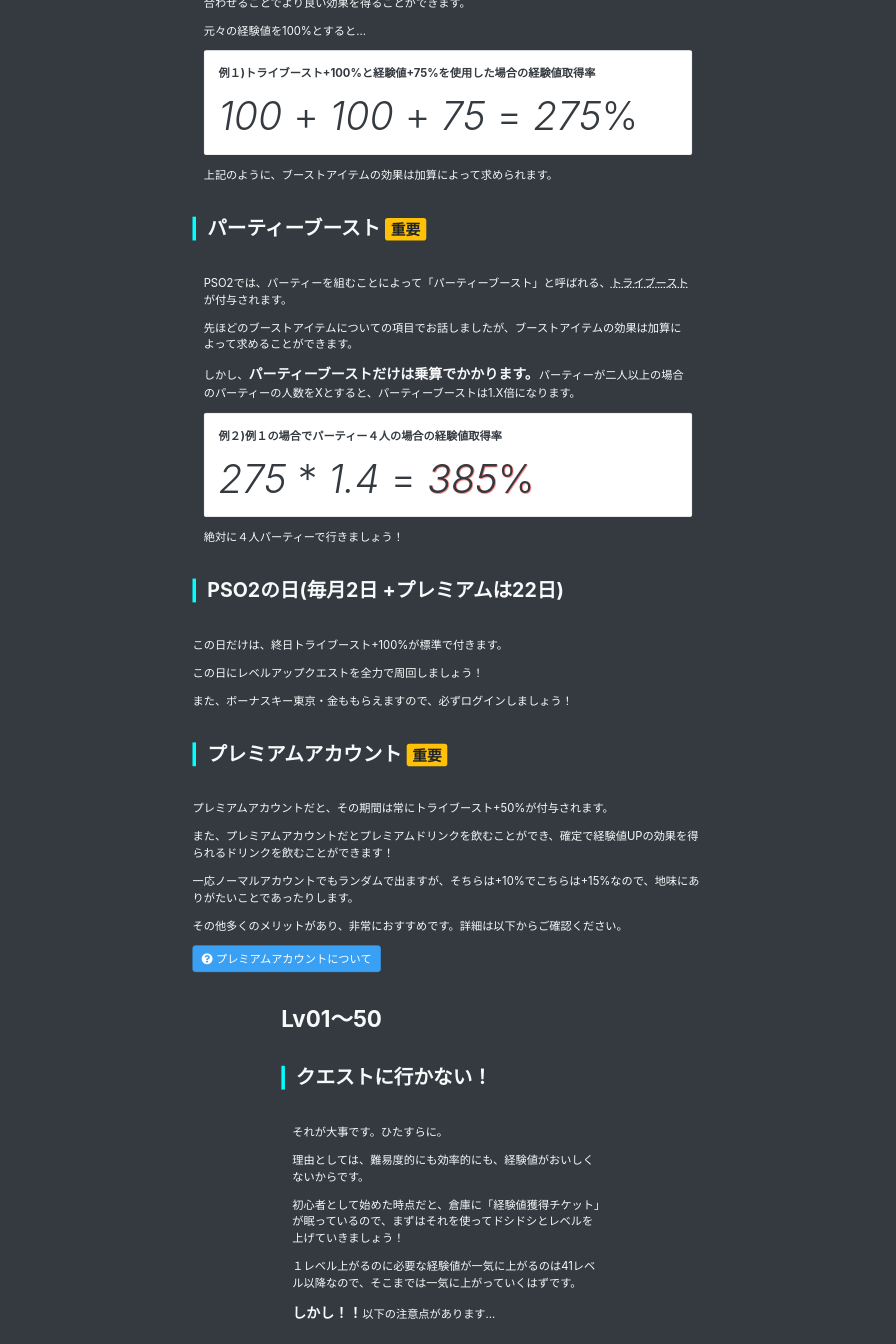
Repository: milkyahonpo/Website_source
Page: docs/capture.html
An editor plug-in stored every save of this project. The page is shown before and after the next save, followed by the edit.
The browser window is 1280 px wide. The pictures show the part of the page from y = 4271 to 6191 px (the page is 11156 px tall), at 70% of full size.
Some web libraries are served in a nearby version.

Above is the page before, as saved 2020-02-03 09:44:29.

### docs/capture.html
<!DOCTYPE html>
<html lang="ja">
  <head>
    <!-- Required meta tags -->
    <meta charset="utf-8">
    <meta name="viewport" content="width=device-width, initial-scale=1, shrink-to-fit=no">
    <!-- Bootstrap CSS -->
    <link rel="stylesheet" href="https://stackpath.bootstrapcdn.com/bootstrap/4.3.1/css/bootstrap.min.css" integrity="sha384-ggOyR0iXCbMQv3Xipma34MD+dH/1fQ784/j6cY/iJTQUOhcWr7x9JvoRxT2MZw1T" crossorigin="anonymous">
    <!-- My CSS -->
    <link rel="stylesheet" href="css/capture.css">
    <!-- favicon -->
    <link rel="shortcut icon" href="img/favicon.ico">
    <!-- Font Awesome -->
    <link href="https://use.fontawesome.com/releases/v5.6.1/css/all.css" rel="stylesheet">
    <!-- Google Fonts -->
    <link href="https://fonts.googleapis.com/css?family=Titillium+Web&display=swap" rel="stylesheet">

    <title>みるく屋本舗 - 攻略本 -</title>
  </head>

  <body>
  <!-- Navigation -->
  <nav class="navbar navbar-expand-lg navbar-light fixed-top py-3" id="mainNav">
    <div class="container">
      <a class="navbar-brand" href="index.html">
        <img src="./img/logo.png" width="50" height="50" alt="">
        <b>みるく屋本舗</b>
      </a>
      <button class="navbar-toggler navbar-togglar-right" type="button" data-toggle="collapse" data-target="#navbarResponsive" aria-controls="navbarResponsive" aria-expanded="false" aria-label="Toggle navigation">
        <span class="navbar-toggler-icon"></span>
      </button>
      <div class="collapse navbar-collapse" id="navbarResponsive">
        <ul class="navbar-nav ml-auto my-2 my-lg-0">
          <li class="nav-item">
            <a class="nav-link js-scroll-trigger" href="#basic">基礎知識</a>
          </li>
          <li class="nav-item">
            <a class="nav-link js-scroll-trigger" href="#lv1-50">Lv01～Lv50</a>
          </li>
          <li class="nav-item">
            <a class="nav-link js-scroll-trigger" href="#lv51-75">Lv51～Lv75</a>
          </li>
          <li class="nav-item">
            <a class="nav-link js-scroll-trigger" href="#lv76-80">Lv76～Lv80</a>
          </li>
          <li class="nav-item">
            <a class="nav-link js-scroll-trigger" href="#lv81-90">Lv81～Lv90</a>
          </li>
        </ul>
      </div>
    </div>
  </nav>
  <!-- About Section -->
  <section class="page-section h-100 bg-dark text-light">
    <div class="container h-100">
      <div class="row h-100 justify-content-center align-items-center">
        <div class="col-lg-8">
          <h2 class="display-1 mt-0 font-weight-bold text-center"><span style="color: cyan;">攻</span>略本</h2>
          <hr class="divider my-4">
          <p class="lead text-center">チムメンに役立つ育成情報を掲載します！</p>
          <p class="text-center"><small>最終更新 : 2020/01/23</small></p>
        </div>
      </div>
    </div>
  </section>

  <div class="page-section bg-dark text-light">
    <div class="container">
      <div class="row py-5 justify-content-center" id="basic">
        <div class="col-md-8">
          <h2 class="font-weight-bold">基礎知識</h2>
          <h3 class="my-5 pl-3"><strong class="font-weight-bold">メインクラスとサブクラス</strong></h3>
          <div class="px-3">
            <div>
              PSO2には「メインクラス」と「サブクラス」があります。
              <ul>
                <li>「メインクラス」装備できる武器に影響するクラス</li>
                <li>「サブクラス」一部のスキルとステータスの影響を受けるクラス<br>
              </ul>
              以下にクラス一覧と、その装備できる武器について示します。
            </div>
            <p class="alert alert-info">ガンスラッシュはどのクラスでも使用することができます。</p>
            <h4>通常クラス</h4>
            <table class="table table-striped table-hover my-3 table-dark">
              <tr><th>アイコン</th><th>クラス名</th><th>略称</th><th>装備できる武器</th></tr>
              <tr><td><img class="img-thumbnail" src="img/Hu.png"　style="display: inline-block" width="50px" height="auto"></td><td><a href="https://pso2.swiki.jp/index.php?%E3%83%8F%E3%83%B3%E3%82%BF%E3%83%BC">ハンター</a></td><td>Hu</td><td><ul><li>ソード</li><li>ワイヤードランス</li><li>パルチザン</li></ul></td></tr>
              <tr><td><img class="img-thumbnail" src="img/Fi.png"　style="display: inline-block" width="50px" height="auto"></td><td><a href="https://pso2.swiki.jp/index.php?%E3%83%95%E3%82%A1%E3%82%A4%E3%82%BF%E3%83%BC">ファイター</a></td><td>Fi</td><td><ul><li>ツインダガー</li><li>ダブルセイバー</li><li>ナックル</li></ul></td></tr>
              <tr><td><img class="img-thumbnail" src="img/Ra.png"　style="display: inline-block" width="50px" height="auto"></td><td><a href="https://pso2.swiki.jp/index.php?%E3%83%AC%E3%83%B3%E3%82%B8%E3%83%A3%E3%83%BC">レンジャー</a></td><td>Ra</td><td><ul><li>ランチャー</li><li>アサルトライフル</li></ul></td></tr>
              <tr><td><img class="img-thumbnail" src="img/Gu.png"　style="display: inline-block" width="50px" height="auto"></td><td><a href="https://pso2.swiki.jp/index.php?%E3%82%AC%E3%83%B3%E3%83%8A%E3%83%BC">ガンナー</a></td><td>Gu</td><td><ul><li>ツインマシンガン</li><li>アサルトライフル</li></ul></td></tr>
              <tr><td><img class="img-thumbnail" src="img/Fo.png"　style="display: inline-block" width="50px" height="auto"></td><td><a href="https://pso2.swiki.jp/index.php?%E3%83%95%E3%82%A9%E3%83%BC%E3%82%B9">フォース</a></td><td>Fo</td><td><ul><li>ロッド</li><li>タリス</li></ul></td></tr>
              <tr><td><img class="img-thumbnail" src="img/Te.png"　style="display: inline-block" width="50px" height="auto"></td><td><a href="https://pso2.swiki.jp/index.php?%E3%83%86%E3%82%AF%E3%82%BF%E3%83%BC">テクター</a></td><td>Te</td><td><ul><li>ウォンド</li><li>タリス</li></ul></td></tr>
              <tr><td><img class="img-thumbnail" src="img/Br.png"　style="display: inline-block" width="50px" height="auto"></td><td><a href="https://pso2.swiki.jp/index.php?%E3%83%96%E3%83%AC%E3%82%A4%E3%83%90%E3%83%BC">ブレイバー</a></td><td>Br</td><td><ul><li>カタナ</li><li>バレットボウ</li></ul></td></tr>
              <tr><td><img class="img-thumbnail" src="img/Bo.png"　style="display: inline-block" width="50px" height="auto"></td><td><a href="https://pso2.swiki.jp/index.php?%E3%83%90%E3%82%A6%E3%83%B3%E3%82%B5%E3%83%BC">バウンサー</a></td><td>Bo</td><td><ul><li>ジェットブーツ</li><li>デュアルブレード</li></ul></td></tr>
              <tr><td><img class="img-thumbnail" src="img/Su.png"　style="display: inline-block" width="50px" height="auto"></td><td><a href="https://pso2.swiki.jp/index.php?%E3%82%B5%E3%83%A2%E3%83%8A%E3%83%BC">サモナー</a></td><td>Su</td><td><ul><li>タクト</li></ul></td></tr >
            </table>
            <div class="my-5">
              <p>これらの通常クラスのいずれか２つをレベル75にすることで選択可能になる<strong class="lead font-weight-bold">「後継クラス」</strong>というものがあります。</p>
              <p>後継クラスは現状で３つあり、ファントムとエトワールはサブクラスとしてセットすることができますが、メインクラスとして使う場合、<strong class="lead font-weight-bold">全てサブクラスをセットすることができません。</strong>その代わりに、各クラス特徴のある強力なクラススキルを有しており、非常に優秀なクラスとなっています。</p>
            </div>
            <h4>後継クラス</h4>
            <table class="table table-striped table-hover my-3 table-dark">
              <tr><th>アイコン</th><th>クラス名</th><th>略称</th><th>装備できる武器</th></tr>
              <tr><td><img class="img-thumbnail" src="img/Hr.png"　style="display: inline-block" width="50px" height="auto"></td class="align-items-center"><td><a href="https://pso2.swiki.jp/index.php?%E3%83%92%E3%83%BC%E3%83%AD%E3%83%BC">ヒーロー</a></td><td>Hr</td><td><ul><li>ソード</li><li>ツインマシンガン</li><li>タリス</li></ul></td></tr>
              <tr><td><img class="img-thumbnail" src="img/Ph.png"　style="display: inline-block" width="50px" height="auto"></td><td><a href="https://pso2.swiki.jp/index.php?%E3%83%95%E3%82%A1%E3%83%B3%E3%83%88%E3%83%A0">ファントム</a></td><td>Ph</td><td><ul><li>カタナ</li><li>アサルトライフル</li><li>ロッド</li></td></tr>
              <tr><td><img class="img-thumbnail" src="img/Et.png"　style="display: inline-block" width="50px" height="auto"></td><td><a href="https://pso2.swiki.jp/index.php?%E3%82%A8%E3%83%88%E3%83%AF%E3%83%BC%E3%83%AB">エトワール</a></td><td>Et</td><td><ul><li>ダブルセイバー</li><li>デュアルブレード</li><li>ウォンド</li></td></tr>
            </table>
            <p>「メインクラス」は、当然ですが入手した経験値の100%が加算されます。</p>
            <p>「サブクラス」も、セットしておくだけでサブクラスがレベル70までは<strong class="lead font-weight-bold">メインクラスが獲得した経験値の25%</strong>が加算されます。</p>
            <p>そのため、必ずサブクラスをつけておきましょう。</p>
          </div>
          <h3 class="my-5 pl-3"><strong class="font-weight-bold"><abbr title="特殊能力(DL先のファイルに詳細)">OP</abbr>・<abbr title="S級特殊能力(DL先のファイルに詳細)">SOP</abbr>付け</strong></h3>
          <div class="px-3">
            <p>PSO2の武器や<abbr title="防具のこと">ユニット</abbr>には、OPと呼ばれる特殊能力を付与することができます。</p>
            <p>これを付けていないとどれだけ頑張っても火力が出なかったり、伸び悩んでしまう原因になります。</p>
            <p>最初のうちに理解するのは難しい要素でもあるのですが、以下のファイルにOPの付け方をまとめてあるので、ダウンロードして必ず理解するようにしましょう！！</p>
            <div class="movie-box">
              <iframe width="560" height="315" src="https://www.youtube-nocookie.com/embed/dSWcW5Sa8bw" frameborder="0" allow="accelerometer; autoplay; encrypted-media; gyroscope; picture-in-picture" allowfullscreen></iframe>
            </div>
          </div>
          <h3 class="my-5 pl-3"><strong class="font-weight-bold"><abbr title="特殊能力(DL先のファイルに詳細)">OP</abbr>・<abbr title="S級特殊能力(DL先のファイルに詳細)">SOP</abbr>付け</strong></h3>
          <div class="px-3">
            <p>PSO2の武器や<abbr title="防具のこと">ユニット</abbr>には、OPと呼ばれる特殊能力を付与することができます。</p>
            <p>これを付けていないとどれだけ頑張っても火力が出なかったり、伸び悩んでしまう原因になります。</p>
            <p>最初のうちに理解するのは難しい要素でもあるのですが、以下のファイルにOPの付け方をまとめてあるので、ダウンロードして必ず理解するようにしましょう！！</p>
            <a class="text-decoration-none" href="./document/PSO2 OP付け覚書.pdf" download="PSO2 OP付け覚書.pdf">
              <button class="btn btn-primary">
                <span class="text-decoration-none"><i class="fas fa-download"></i><b class="px-1">PSO2 OP付け覚書.pdf</b></span>
              </button>
            </a>
          </div>
          <h3 class="my-5 pl-3"><strong class="font-weight-bold">ブーストアイテム</strong></h3>
          <div class="px-3">
            <p>PSO2には、経験値やメセタやレアドロの確率を一時的に上昇させる、トライブーストをはじめとした「ブーストアイテム」が多種類存在します。</p>
            <p>経験値を稼ぐためには、ブーストを使用したほうが有利ですので、必ず使用してクエストに行くことを忘れないようにしましょう。</p>
            <p>同じ名前のブーストアイテムを使用しても効果は多くならないので、違う名前のブーストを組み合わせることでより良い効果を得ることができます。</p>
            <p>元々の経験値を100%とすると...</p>
            <div class="card mb-3 text-dark">
              <div class="card-body">
              <p><b>例１)トライブースト+100%と経験値+75%を使用した場合の経験値取得率</b></p>
              <strong class="my-1 display-4"><var>100</var> + <var>100</var> + <var>75</var> = <var>275</var>%</strong>
              </div>
            </div>
            <p>上記のように、ブーストアイテムの効果は加算によって求められます。</p>
          </div>
          <h3 class="my-5 pl-3"><strong class="font-weight-bold">パーティーブースト </strong><span class="badge badge-warning">重要</span></h3>
          <div class="px-3">
            <p>PSO2では、パーティーを組むことによって「パーティーブースト」と呼ばれる、<abbr title="略称「トラブ」 メセタ、レアドロ、経験値獲得量UP">トライブースト</abbr>が付与されます。</p>
            <p>先ほどのブーストアイテムについての項目でお話しましたが、ブーストアイテムの効果は加算によって求めることができます。</p>
            <p>しかし、<strong class="lead font-weight-bold">パーティーブーストだけは乗算でかかります。</strong>パーティーが二人以上の場合のパーティーの人数をXとすると、パーティーブーストは1.X倍になります。</p>
            <div class="card mb-3 text-dark">
              <div class="card-body">
              <p><b>例２)例１の場合でパーティー４人の場合の経験値取得率</b></p>
              <strong class="my-1 display-4"><var>275</var> * <var>1.4</var> = <span class="enh"><var>385</var>%</span></strong><br>
              </div>
            </div>
            <p>絶対に４人パーティーで行きましょう！</p>
          </div>
          <h3 class="my-5 pl-3"><strong class="font-weight-bold">PSO2の日(毎月2日 +プレミアムは22日)</strong></h3>
          <p>この日だけは、終日トライブースト+100%が標準で付きます。</p>
          <p>この日にレベルアップクエストを全力で周回しましょう！</p>
          <p>また、ボーナスキー東京・金ももらえますので、必ずログインしましょう！</p>

          <h3 class="my-5 pl-3"><strong class="font-weight-bold">プレミアムアカウント </strong><span class="badge badge-warning">重要</span></h3>
          <p>プレミアムアカウントだと、その期間は常にトライブースト+50%が付与されます。</p>
          <p>また、プレミアムアカウントだとプレミアムドリンクを飲むことができ、確定で経験値UPの効果を得られるドリンクを飲むことができます！</p>
          <p>一応ノーマルアカウントでもランダムで出ますが、そちらは+10%でこちらは+15%なので、地味にありがたいことであったりします。</p>
          <p>その他多くのメリットがあり、非常におすすめです。詳細は以下からご確認ください。</p>
          <a href="http://pso2.jp/players/manual/preparations/ac/#sys-manual-513"><button class="btn btn-primary"><i class="fas fa-question-circle"></i> プレミアムアカウントについて</button></a>
        </_div>
      <//div>
      <div class="row py-5 justify-content-center" id="lv1-50">
        <div class="col-lg-8">
          <h2><b>Lv01～50</b></h2>
          <h3 class="my-5 pl-3"><strong class="font-weight-bold">クエストに行かない！</strong></h3>
          <div class="px-3">
            <p>それが大事です。ひたすらに。</p>
            <p>理由としては、難易度的にも効率的にも、経験値がおいしくないからです。</p>
            <p>初心者として始めた時点だと、倉庫に「経験値獲得チケット」が眠っているので、まずはそれを使ってドシドシとレベルを上げていきましょう！</p>
            <p>１レベル上がるのに必要な経験値が一気に上がるのは41レベル以降なので、そこまでは一気に上がっていくはずです。</p>
            <p><strong class="lead font-weight-bold">しかし！！</strong>以下の注意点があります...</p>
          </div>
          <h3 class="my-5 pl-3"><strong class="font-weight-bold">レベル制限解除試練・Ⅰ<span class="mx-3">or</span>Ⅱ</strong></h3>
          <div class="px-3">
            <p><strong class="lead font-weight-bold">ゲートエリアのNPCコフィーのクライアントオーダー</strong>から、Ⅰはクラスレベル20、Ⅱはクラスレベル35になると受けることができます。</p>
            <p>このオーダーをクリアしておかないと、レベル30とレベル40の時点で<abbr title="レベルがそれ以上上がらない状態になること">レベルキャップ</abbr>を迎えてしまいます。そうなると経験値チケットを使用しても無駄になるだけなので、しっかりと解放しておきましょう！</p>
          </div>
        </div>
      </div>
      <div class="row py-5 justify-content-center" id="lv51-75">
        <div class="col-lg-8">
          <h2 class="mb-5"><b>Lv51～75</b></h2>
          <h3 class="my-5 pl-3"><strong class="font-weight-bold">ボーナスキー</strong></h3>
          <div class="px-3">
            <p><strong class="lead font-weight-bold">ここまで取っておいた君！よく我慢した！！！</strong></p>
            <p>ボーナスキーは有効期限がありますので、ここらで使うのも手ではないでしょうか。</p>
            <p>しかし、ボーナスクエストは、自身の現在のレベルに比例して取得できる経験値量が増加します。</p>
            <p>自身のレベルが80になると、取得できる経験値量の変動が頭打ちになるので、そこで使うのがもっとも効率が良い方法になります。</p>
            <p><strong class="lead font-weight-bold">PSO2の日はボーナスクエストにも経験値+100%がつく</strong>ので、期限がもつならその時に行きましょう！</p>
          </div>
          <h3 class="my-5 pl-3"><strong class="font-weight-bold">暗影渦巻く壊れた世界SH </strong><span class="badge badge-warning">重要</span></h3>
          <div class="px-3">
            <p>これより経験値がおいしいクエストは、他にはボーナスキーしかないレベルです。</p>
            <p>圧倒的経験値効率を誇るクエストなので、レベリングには必ず行きましょう！</p>
            <p><strong class="lead font-weight-bold">レベルアップクエストの仕様上、5日周期で1日来る</strong>ので必ずチェックしておきましょう。</p>
          </div>
          <h3 class="my-5 pl-3"><strong class="font-weight-bold">クラスごとの<abbr title="スキルポイント スキルツリーのスキルを取得するために必要になる レベル1UPごとに1SP">SP</abbr>取得クライアントオーダー </strong><span class="badge badge-warning">重要</span></h3>
          <div class="px-3">
            <p>レベル75になると、クラスキューブというアイテムを渡すことによって、クラスごとにSPを獲得できるクライアントオーダーが解放されます。</p>
            <p>クラスキューブとは、ハンターであれば「Huエクスキューブ」といったような、クラスの略称がついたアイテムになります。</p>
            <p>全てのクラス共通で、最初は1個、次は2個、3個、4個と要求数が増えていき、全4つのオーダーで合計10個のクラスキューブが必要になります。</p>
            <p><strong class="lead font-weight-bold">ゲートエリアのNPCシロナの「トレジャーショップ」</strong>から、SGまたはメセタを使用してクラスキューブを購入することができます。売っているクラスキューブは日替わりなので、自分の欲しいクラスキューブが陳列された時に購入しましょう！</p>
            <p>また、レベル90のレベルキャップに到達した状態でレベルアップすることで、そのクラスのクラスキューブを<strong class="lead font-weight-bold">レベルアップごとに７個</strong>取得することができます。</p>
          </div>
        </div>
      </div>
          <!--
          <h3 class="my-5 pl-3"><strong class="font-weight-bold">レベル75制限解除試験・○○ </strong><span class="badge badge-info">後継クラスのみ</span></h3>
          <p>レベル75制限解除試験とは、その名の通りレベル75のレベルキャップを解放するクライアントオーダーです。</p>
          <p>これまでもレベル30の時点やレベル40の時点にも存在したものと同じになります。</p>
          <p>このレベルキャップ解放はクラスごとにクリアする必要があります。</p>
          <p>条件は、<br>
          <strong class="lead font-weight-bold">「<abbr title="ガンスラッシュは対象外です">メインクラスで装備できる武器種</abbr>の☆13以上を+35まで強化する」</strong><br>
          というものになります。</p>
          <p><strong class="lead font-weight-bold">ゲートエリアのNPCプリンの「コレクトシート」</strong>で、☆13武器の+35をゲットするだけで達成することができます。</p>
          <p>コレクトシートとは、数あるアイテムの中から自身が欲しいアイテムを選択し、そのアイテムのシートを入手したのちに、シート中に記載されている必要項目を全達成することで対象のアイテムが入手できるというものです。</p>
          <p>それぞれの項目に指定された条件を達成すると項目のゲージが上昇していき、ゲージが最大になった時にドロップするアイテムを入手することで項目が達成されます。</p>
          <p>基本的にコレクトシートの項目の条件は、入手した時点で開催されている緊急クエストや期間限定クエストで達成できるものが設定されているので、どんどん参加しましょう！</p>
          -->

      <div class="row py-5 justify-content-center" id="lv76-80">
        <div class="col-lg-8">
          <h2 class="mb-5"><b>Lv76～80</b></h2>
          <h3 class="my-5 pl-3"><strong class="font-weight-bold">必要経験値の異常なまでの上昇 </strong><span class="badge badge-danger">難関</span></h3>
          <p><strong class="lead font-weight-bold">今までとは比べ物にならないくらいにレベルが上がらなくなってきます。</strong></p>
          <p>ただ、昔のPSO2と比較したら今はボーナスキーもあり、レベルアップクエストなんてものもあり、
          そのうえPSO2の日では経験値+100%で、プレミアムなら毎日トライブースト+50%もつくだって！？</p>
          <strong class="lead font-weight-bold">めげずに頑張りましょう！私たちがついています！</strong>

          <h3 class="my-5 pl-3"><strong class="font-weight-bold">ボーナスキー </strong></h3>
          <p>それはここでも同じです。</p>
          <p>PSO2で経験値が一番おいしいクエストは間違いなくボーナスキー！</p>
          <p>手に入れたらPSO2の日をねらって絶対に行きましょう！</p>
          <p>(ブーストアイテムを忘れずにね！)</p>

          <h3 class="my-5 pl-3"><strong class="font-weight-bold">暗影渦巻く壊れた世界XH </strong><span class="badge badge-success">更新時点 推奨</span></h3>
          <p>現状最強武器の「リバレイト〇〇」という武器の入手にはクラスキューブが必要になります。</p>
          <p>また、2020/02/05まで開催されている<a href="http://pso2.jp/players/event/newyear2020/">SPACE MAGATSU DESTROYERS</a>の個人ポイント獲得はこの暗影でもためることができ、暗影は1周2分で周回できるので非常に高効率となっています。(本来あってはならないことかもしれませんが...)</p>
          <p>以上の理由から、現時点では高レベルのプレイヤーも暗影を周回しており、人がすぐに集まることも多いため、以下に記載してあるSHを周回するよりも圧倒的に高効率でレベルアップすることができます。</p>

          <h3 class="my-5 pl-3"><strong class="font-weight-bold">暗影渦巻く壊れた世界SH </strong><span class="badge badge-secondary">更新時点 非推奨</span></h3>
          <p>「え？なんでまだこの段階でもXH行かないの？」</p>
          <p>そう思う方も多いことでしょう。</p>
          <p>試しにXHに行ってみた方はわかると思いますが、
          <strong class="lead font-weight-bold">クエストに12人いることのほうが少ないです。</strong></p>
          <p>理由はSHとXHの受注可能なレベル帯の差にあります。</p>
          <p>SHはレベル50から受注可能で、XHには、メインサブの双方を75まで上げないと行けません。</p>
          <p>なので、SHを回るのは、75-50=レベル25分の幅の方で、
          なおかつメインはレベル75であってもサブはまだという方も含まれます。</p>
          <p>それに対してXHはレベル75から受注可能で、最大はレベル90です。</p>
          <p>なので、XHを回るのは、90-75=レベル15分の幅の方で、
          なおかつメインサブ双方が75以上である方です。</p>
          <p>それゆえに、暗影で人数が集まるのは必然的にSHとなるわけです。</p>
          <p>人数が集まるということは、パーティーが組めるのでブーストがのる。</p>
          <p><strong class="lead font-weight-bold">そういうことです！</strong></p>

          <h3 class="my-5 pl-3"><strong class="font-weight-bold">クラスごとのSP取得クライアントオーダー </strong></h3>
          <p>Lv51～75で前述のとおりです。</p>
          <p>もしもレベル75の時点でやっていなかったのであれば、必ずここで済ませてしまいましょう！</p>

          <!--
          <h3 class="my-5 pl-3"><strong class="font-weight-bold">レベル80制限解除試験・○○ </strong></h3>
          <p>「またレベルキャップか・・・」</p>
          <p>安心してください。今回のは<b>めちゃくちゃ簡単</b>です。</p>
          <p>レベルを75にした時点で称号報酬でもらっていた、３つの<strong class="lead font-weight-bold">「サブ／ステラウォール」</strong>というユニット。</p>
          <p>若しくは、ここまで暗影を周回している人なら持っているであろう「ウェポンズバッジ2019」。</p>
          <p>それとバッジ交換ショップで交換できる☆12ユニットの、</p>
          <p><strong class="lead font-weight-bold">「リア／サーキュレイ」、「アーム／サーカレイ」、「レッグ／サークレイ」</strong>。</p>
          <p>そのどちらかのシリーズを全て+10にしてから装備して話しかけるだけで達成できます。</p>
          <p>ユニットの強化は、武器と比較してものすごく簡単なので、
          強化値+7までは補助アイテム何も無しで上げていき、
          +8以降は、「強化成功率+5%」と「強化リスク軽減(+1)」を使用して上げていくだけで十分です。</p>
          <p>もっていないのであれば、どちらも非常に安価にマイショップで販売していますので、
          どんどん上げて、ぱぱっと報告してしまいましょう！</p>
          -->
        </div>
      </div>
      <div class="row py-5 justify-content-center" id="lv81-90">
        <div class="col-lg-8">
          <h2 class="mb-5"><b>Lv81～90</b></h2>
          <h3 class="my-5 pl-3 display-4"><font color="orange">気合 <i class="fas fa-exclamation"></i></font></h3>
          <p>今までの知識をすべて駆使してレベルを上げていきましょう。</p>
          <p>ブースト、ボーナスキー、暗影...</p>
          <p><b style="font-size: 20px">頂上はもうすぐです！</b></p>
        </div>
      </div>
    </div>
  </div>
</section>
  <!-- Footer -->
  <footer class="bg-light py-5">
    <div class="container">
      <div class="small text-center text-muted">※当サイトの一部の掲載画像等に関する権利は、株式会社セガゲームズに帰属しています。</div>
      <div class="small text-center text-muted">Copyright &copy; 2019 - MYH / SEGA PHANTASY STAR ONLINE 2</div>
    </div>
  </footer>

  <!-- Bootstrap core JavaScript -->
  <script src="vendor/jquery/jquery.min.js"></script>
  <script src="vendor/bootstrap/js/bootstrap.bundle.min.js"></script>

  <!-- Plugin JavaScript -->
  <script src="vendor/jquery-easing/jquery.easing.min.js"></script>
  <script src="vendor/magnific-popup/jquery.magnific-popup.min.js"></script>

  <!-- Custom scripts for this template -->
  <script src="js/creative.min.js"></script>

    <!-- Optional JavaScript -->
    <!-- jQuery first, then Popper.js, then Bootstrap JS -->
    <script src="https://code.jquery.com/jquery-3.3.1.slim.min.js" integrity="sha384-q8i/X+965DzO0rT7abK41JStQIAqVgRVzpbzo5smXKp4YfRvH+8abtTE1Pi6jizo" crossorigin="anonymous"></script>
    <script src="https://cdnjs.cloudflare.com/ajax/libs/popper.js/1.14.7/umd/popper.min.js" integrity="sha384-UO2eT0CpHqdSJQ6hJty5KVphtPhzWj9WO1clHTMGa3JDZwrnQq4sF86dIHNDz0W1" crossorigin="anonymous"></script>
    <script src="https://stackpath.bootstrapcdn.com/bootstrap/4.3.1/js/bootstrap.min.js" integrity="sha384-JjSmVgyd0p3pXB1rRibZUAYoIIy6OrQ6VrjIEaFf/nJGzIxFDsf4x0xIM+B07jRM" crossorigin="anonymous"></script>
  </body>
</html>

### docs/js/creative.min.js
/*!
 * Start Bootstrap - Creative v5.1.6 (https://startbootstrap.com/template-overviews/creative)
 * Copyright 2013-2019 Start Bootstrap
 * Licensed under MIT (https://github.com/BlackrockDigital/startbootstrap-creative/blob/master/LICENSE)
 */

!function (e) { "use strict"; e('a.js-scroll-trigger[href*="#"]:not([href="#"])').click(function () { if (location.pathname.replace(/^\//, "") == this.pathname.replace(/^\//, "") && location.hostname == this.hostname) { var a = e(this.hash); if ((a = a.length ? a : e("[name=" + this.hash.slice(1) + "]")).length) return e("html, body").animate({ scrollTop: a.offset().top - 72 }, 1e3, "easeInOutExpo"), !1 } }), e(".js-scroll-trigger").click(function () { e(".navbar-collapse").collapse("hide") }), e("body").scrollspy({ target: "#mainNav", offset: 75 }); function a() { 100 < e("#mainNav").offset().top ? e("#mainNav").addClass("navbar-scrolled") : e("#mainNav").removeClass("navbar-scrolled") } a(), e(window).scroll(a)/*, e("#portfolio").magnificPopup({ delegate: "a", type: "image", tLoading: "Loading image #%curr%...", mainClass: "mfp-img-mobile", gallery: { enabled: !0, navigateByImgClick: !0, preload: [0, 1] }, image: { tError: '<a href="%url%">The image #%curr%</a> could not be loaded.' } })*/ }(jQuery);

Loaded but not shown: docs/css/capture.css (library); docs/vendor/jquery/jquery.min.js (library); docs/vendor/bootstrap/js/bootstrap.bundle.min.js (library); docs/vendor/jquery-easing/jquery.easing.min.js (common file); docs/vendor/magnific-popup/jquery.magnific-popup.min.js (library)

After the next save:
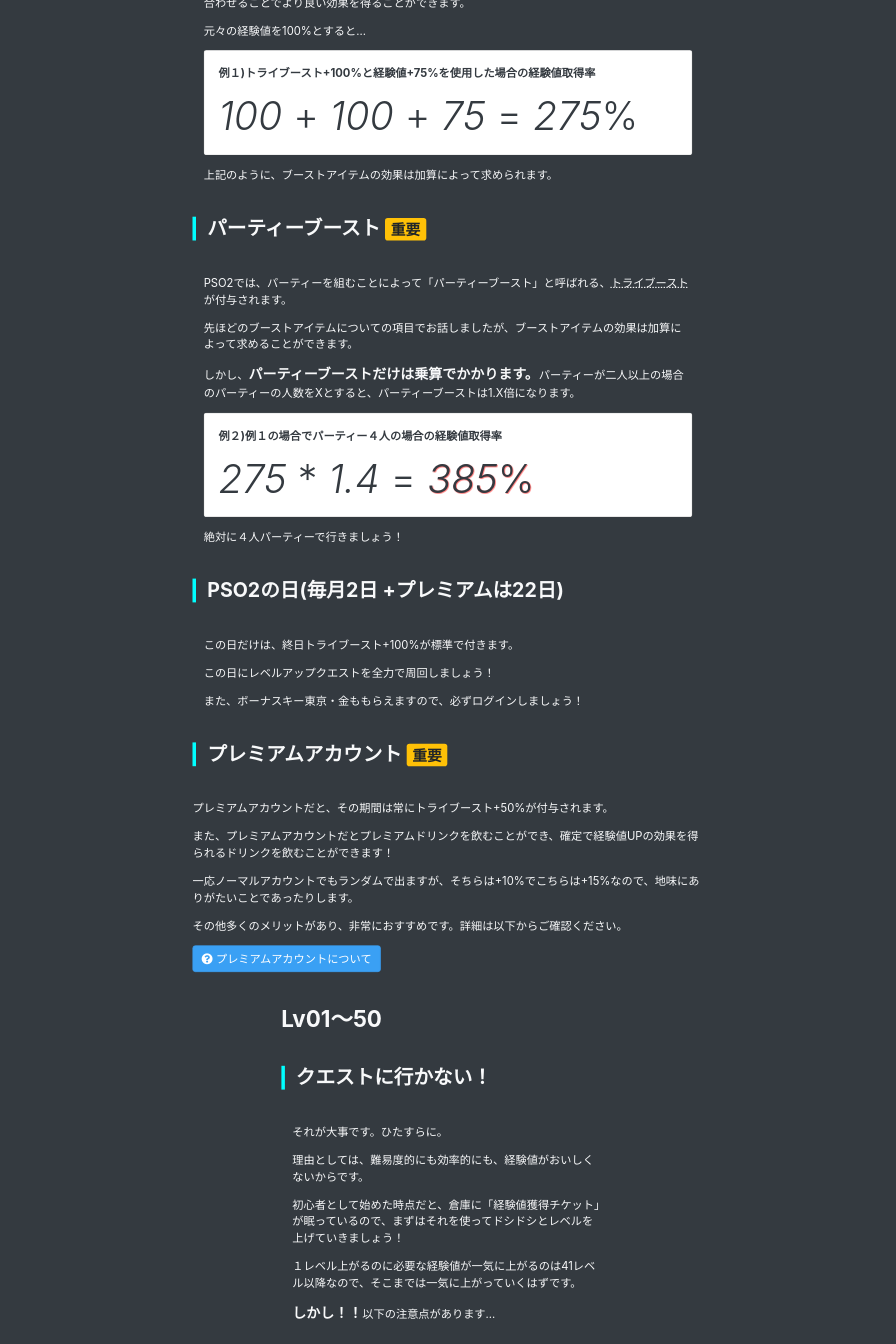
Saved 13 s later.
--- a/docs/capture.html
+++ b/docs/capture.html
@@ -156,10 +156,11 @@
             <p>絶対に４人パーティーで行きましょう！</p>
           </div>
           <h3 class="my-5 pl-3"><strong class="font-weight-bold">PSO2の日(毎月2日 +プレミアムは22日)</strong></h3>
-          <p>この日だけは、終日トライブースト+100%が標準で付きます。</p>
-          <p>この日にレベルアップクエストを全力で周回しましょう！</p>
-          <p>また、ボーナスキー東京・金ももらえますので、必ずログインしましょう！</p>
-
+          <div class="px-3">
+            <p>この日だけは、終日トライブースト+100%が標準で付きます。</p>
+            <p>この日にレベルアップクエストを全力で周回しましょう！</p>
+            <p>また、ボーナスキー東京・金ももらえますので、必ずログインしましょう！</p>
+          </div>
           <h3 class="my-5 pl-3"><strong class="font-weight-bold">プレミアムアカウント </strong><span class="badge badge-warning">重要</span></h3>
           <p>プレミアムアカウントだと、その期間は常にトライブースト+50%が付与されます。</p>
           <p>また、プレミアムアカウントだとプレミアムドリンクを飲むことができ、確定で経験値UPの効果を得られるドリンクを飲むことができます！</p>
